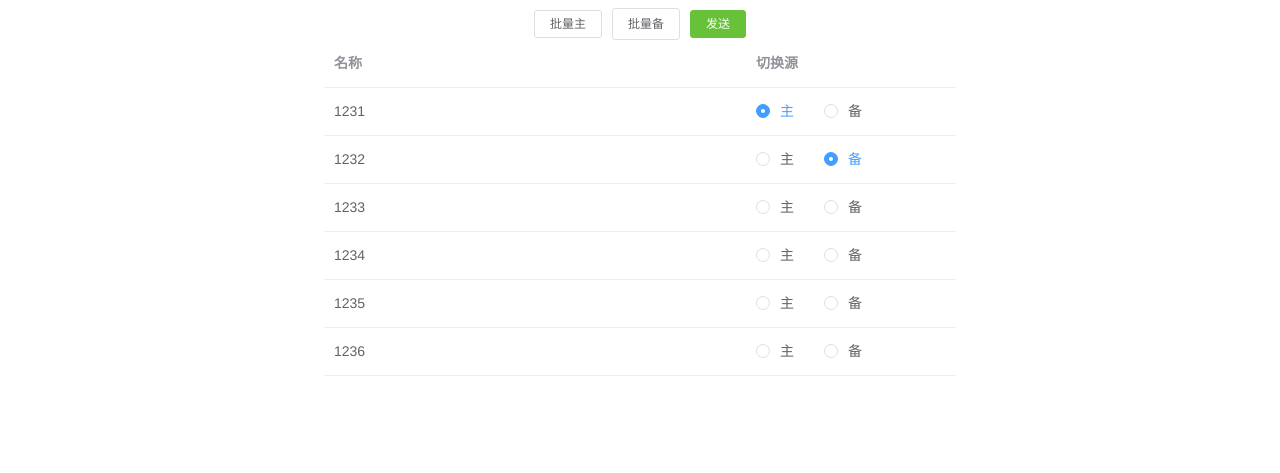
Repository: faintout/BHMQTTSendTool
Page: /
An editor plug-in stored every save of this project. The page is shown before and after a run of saves, followed by the edit.
The browser window is 1280 px wide. The pictures show the whole page.
The project was rebuilt for these pictures with package versions that can differ from the ones it lists, and the page was loaded fresh each time. Also part of the build but not shown: vue.config.js. Imported but missing from the stored project, and not drawn on this page: src/views/About.vue.

Above is the page before, as saved 2020-08-26 14:06:17.

After the next 3 saves:
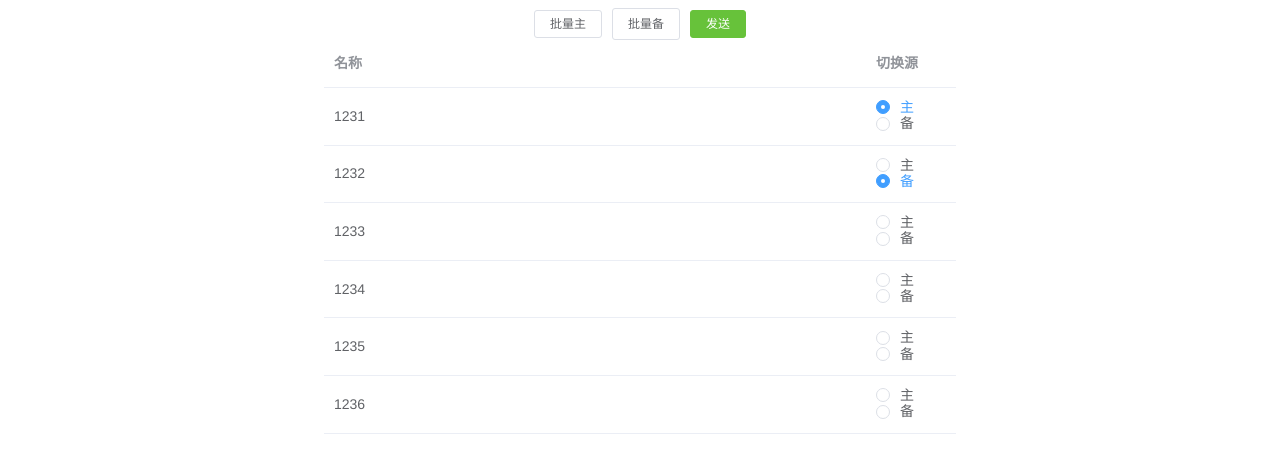
The 3 saves are shown as one change because they came seconds apart.
The last was saved 14 s later.
--- a/src/views/Home.vue
+++ b/src/views/Home.vue
@@ -14,7 +14,7 @@
       >
       <el-table-column
           prop="name"
-          min-width="2"
+          min-width="6"
         label="名称"
       >
       </el-table-column>
